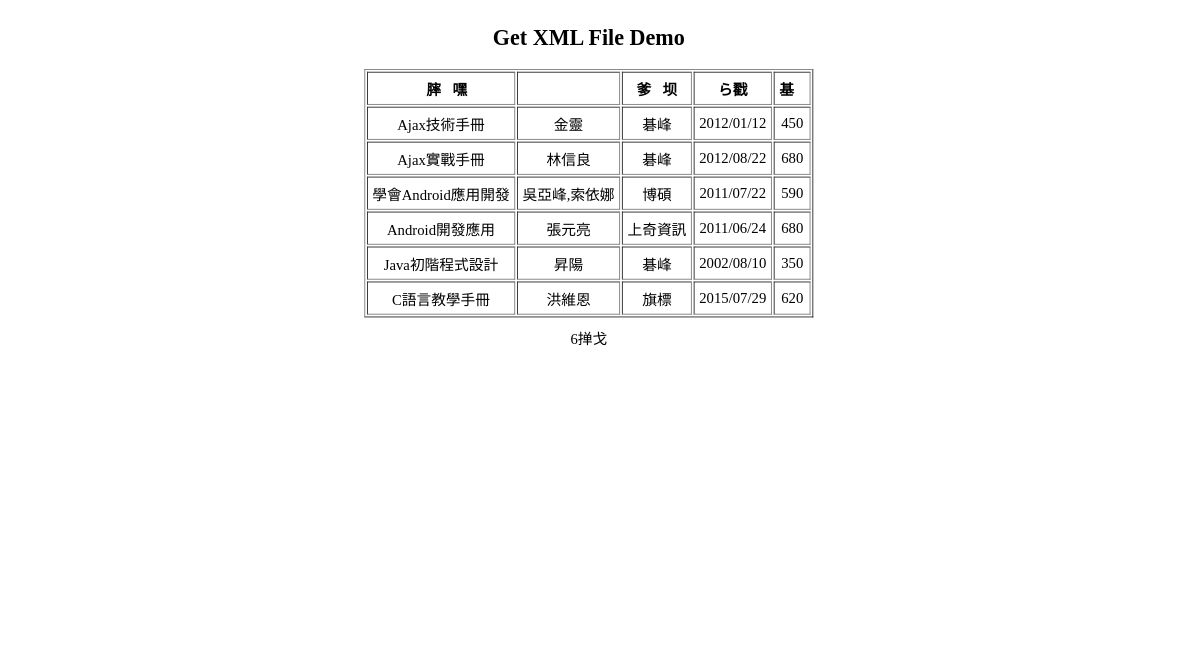
Repository: milkyeway/Ajax
Page: Ajax/src/main/webapp/m04/Fetchjson.html
These files come from the project's save history. The page is drawn as it stood at one moment and after the next save; the edit follows.
The browser window is 1280 px wide. The pictures show the whole page, at 92% of full size.

Above is the page before, as saved 2022-03-28 02:56:01.
Console error: TypeError: Cannot read properties of null (reading 'getElementsByTagName')

### Ajax/src/main/webapp/m04/Fetchjson.html
<h2>Get XML File Demo</h2>
<table border="1" id="demo"></table>
<style>
body {
	display: flex;
	flex-direction: column;
	align-items: center;
}

th, td {
	text-align: center;
	padding: 5px;
}

#demo {
	margin-bottom: 10px;
}
</style>
<script>
	var xhttp = new XMLHttpRequest();
	xhttp.onreadystatechange = function() {
		if (xhttp.readyState == 4 && xhttp.status == 200) {
			var xmlDoc = xhttp.responseXML;
			var txt = "<tr><th>膟嘿<th><th><th>ら戳<th>基";
			var books = xmlDoc.getElementsByTagName("book");
			for (let i = 0; i < books.length; i++) {

			}
		}

		var xmlDoc = xhttp.responseXML;
		var txt = "<tr><th>膟嘿<th><th>爹坝<th>ら戳<th>基";
		var books = xmlDoc.getElementsByTagName("book");
		for (let i = 0; i < books.length; i++) {
			txt += "<tr>";
			titles = books[i].getElementsByTagName("title");
			txt += "<td>" + titles[0].firstChild.nodeValue;
			authors = books[i].getElementsByTagName("author");
			txt += "<td>" + authors[0].firstChild.nodeValue;
			publishers = books[i].getElementsByTagName("publisher");
			txt += "<td>" + publishers[0].firstChild.nodeValue;
			publishDates = books[i].getElementsByTagName("publishDate");
			txt += "<td>" + publishDates[0].firstChild.nodeValue;
			prices = books[i].getElementsByTagName("price");
			txt += "<td>" + prices[0].firstChild.nodeValue;
		}
		document.getElementById("demo").innerHTML = txt;
		var body = document.querySelector("body");
		var div = document.createElement("div");
		body.appendChild(div);
		div.innerHTML = "" + books.length + "掸戈";
	}

	xhttp.open("GET", "../res/book1.xml", true);
	xhttp.send();
</script>

After the next save:
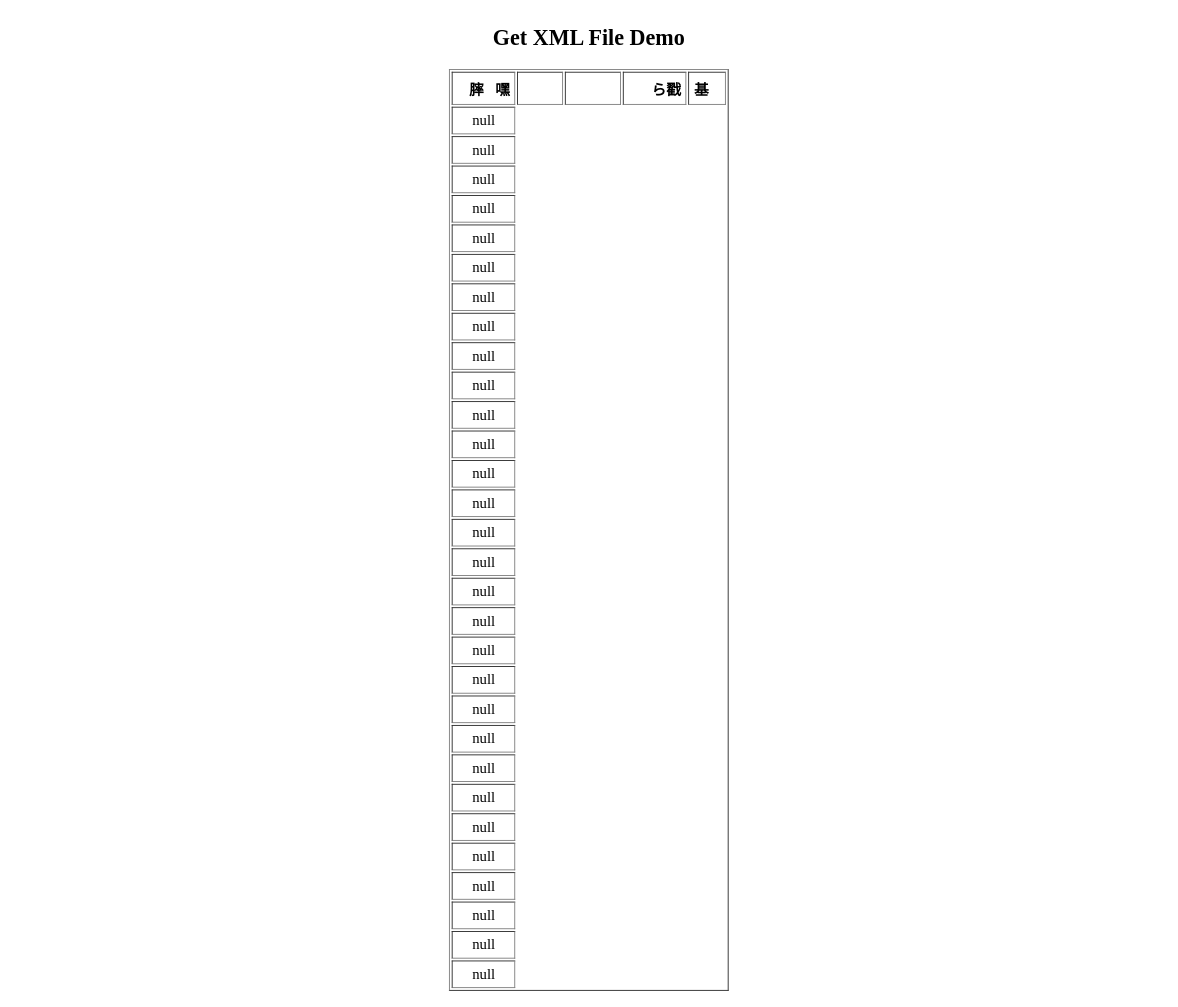
The error is gone.
Saved 91 s later.
--- a/Ajax/src/main/webapp/m04/Fetchjson.html
+++ b/Ajax/src/main/webapp/m04/Fetchjson.html
@@ -24,31 +24,15 @@ th, td {
 			var txt = "<tr><th>膟嘿<th><th><th>ら戳<th>基";
 			var books = xmlDoc.getElementsByTagName("book");
 			for (let i = 0; i < books.length; i++) {
-
+				txt += "<tr><td>" + books[i].getAttribute("title");
+				txt += "<tr><td>" + books[i].getAttribute("author");
+				txt += "<tr><td>" + books[i].getAttribute("publisher");
+				txt += "<tr><td>" + books[i].getAttribute("publishDate");
+				txt += "<tr><td>" + books[i].getAttribute("price");
 			}
+			document.getElementById("demo").innerHTML = txt;
 		}
 
-		var xmlDoc = xhttp.responseXML;
-		var txt = "<tr><th>膟嘿<th><th>爹坝<th>ら戳<th>基";
-		var books = xmlDoc.getElementsByTagName("book");
-		for (let i = 0; i < books.length; i++) {
-			txt += "<tr>";
-			titles = books[i].getElementsByTagName("title");
-			txt += "<td>" + titles[0].firstChild.nodeValue;
-			authors = books[i].getElementsByTagName("author");
-			txt += "<td>" + authors[0].firstChild.nodeValue;
-			publishers = books[i].getElementsByTagName("publisher");
-			txt += "<td>" + publishers[0].firstChild.nodeValue;
-			publishDates = books[i].getElementsByTagName("publishDate");
-			txt += "<td>" + publishDates[0].firstChild.nodeValue;
-			prices = books[i].getElementsByTagName("price");
-			txt += "<td>" + prices[0].firstChild.nodeValue;
-		}
-		document.getElementById("demo").innerHTML = txt;
-		var body = document.querySelector("body");
-		var div = document.createElement("div");
-		body.appendChild(div);
-		div.innerHTML = "" + books.length + "掸戈";
 	}
 
 	xhttp.open("GET", "../res/book1.xml", true);
